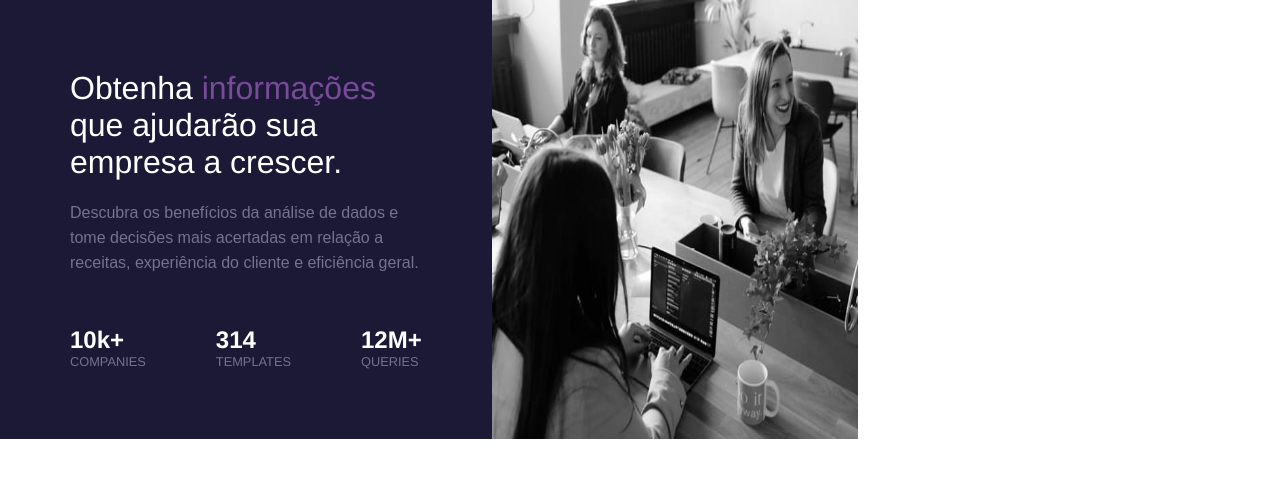
Repository: caique2512/componentes-de-estatisticas
Page: index.html
The author's editor kept a copy of each file at every save. The page is drawn from the files as they stood at one save, then again after the next save.
The browser window is 1280 px wide. The pictures show the whole page.

Above is the page before, as saved 2026-03-03 17:39:09.

### index.html
<!DOCTYPE html>
<html lang="pt-br">
<head>
    <meta charset="UTF-8">
    <meta name="viewport" content="width=device-width, initial-scale=1.0">
    <title>Estatisticas</title>
    <link rel="stylesheet" href="src/reset.css">
    <link rel="stylesheet" href="src/estilos.css">
</head>
<body>
    <main class="conteudo">
        <div class="conteudo-principal">
            <h1 class="titulo">Obtenha <span>informações</span> que ajudarão sua empresa a crescer.</h1>
            <p class="subtitulo">Descubra os benefícios da análise de dados e tome decisões mais acertadas em relação a receitas, experiência do cliente e eficiência geral.</p>
            <ul class="estatisticas">
                <ul class="item1">
                    <li class="descricao">10k+</li>
                    <li>COMPANIES</li>
                </ul>
                <ul class="item2">
                    <li class="descricao">314</li>
                    <li>TEMPLATES</li>
                </ul>
                <ul class="item3">
                    <li class="descricao">12M+</li>
                    <li>QUERIES</li>
                </ul>
            </ul>
        </div>
        <picture class="img">
            <img src="./images/image-header-desktop.jpg" alt="Mulheres no escritório">
        </picture>
    </main>
</body>
</html>

### src/estilos.css
.conteudo {
    background-color: #1C1937;
    display: flex;
    max-width: calc(100% - 33%);
}

.conteudo-principal {
    padding: 70px;
    width: 500px;
}

.conteudo-principal .titulo {
    color: white;
    font-weight: 100;
    font-family: 'Franklin Gothic Medium', 'Arial Narrow', Arial, sans-serif;
    margin-bottom: 20px;
}

.conteudo-principal .titulo span {
    color: #784B99;
}

.conteudo-principal .subtitulo {
    color: #74728e;
    font-family: Arial, Helvetica, sans-serif;
    line-height: 1.56rem;
}

.conteudo-principal .estatisticas {
    display: flex;
    gap: 70px;
    margin-top: 50px;
}

.conteudo-principal .estatisticas .descricao {
    color: white;
    list-style: none;
    font-size: 1.5rem;
    font-weight: 600;
    font-family: 'Franklin Gothic Medium', 'Arial Narrow', Arial, sans-serif;
}

.conteudo-principal .estatisticas li {
    color: #74728e;
    font-family: 'Franklin Gothic Medium', 'Arial Narrow', Arial, sans-serif;
    font-size: 0.8rem;
    list-style: none;
}

.conteudo .img img {
    width: 100%;
    height: 100%;
}

Loaded but not shown: src/reset.css (common file)

After the next save:
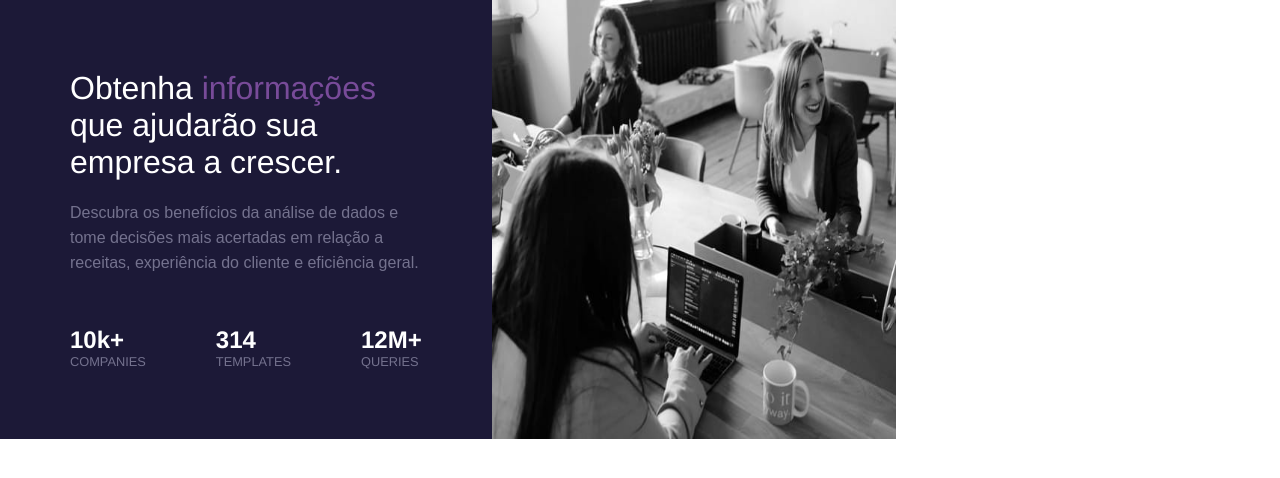
Saved 8 s later.
--- a/src/estilos.css
+++ b/src/estilos.css
@@ -1,7 +1,7 @@
 .conteudo {
     background-color: #1C1937;
     display: flex;
-    max-width: calc(100% - 33%);
+    max-width: calc(100% - 30%);
 }
 
 .conteudo-principal {
